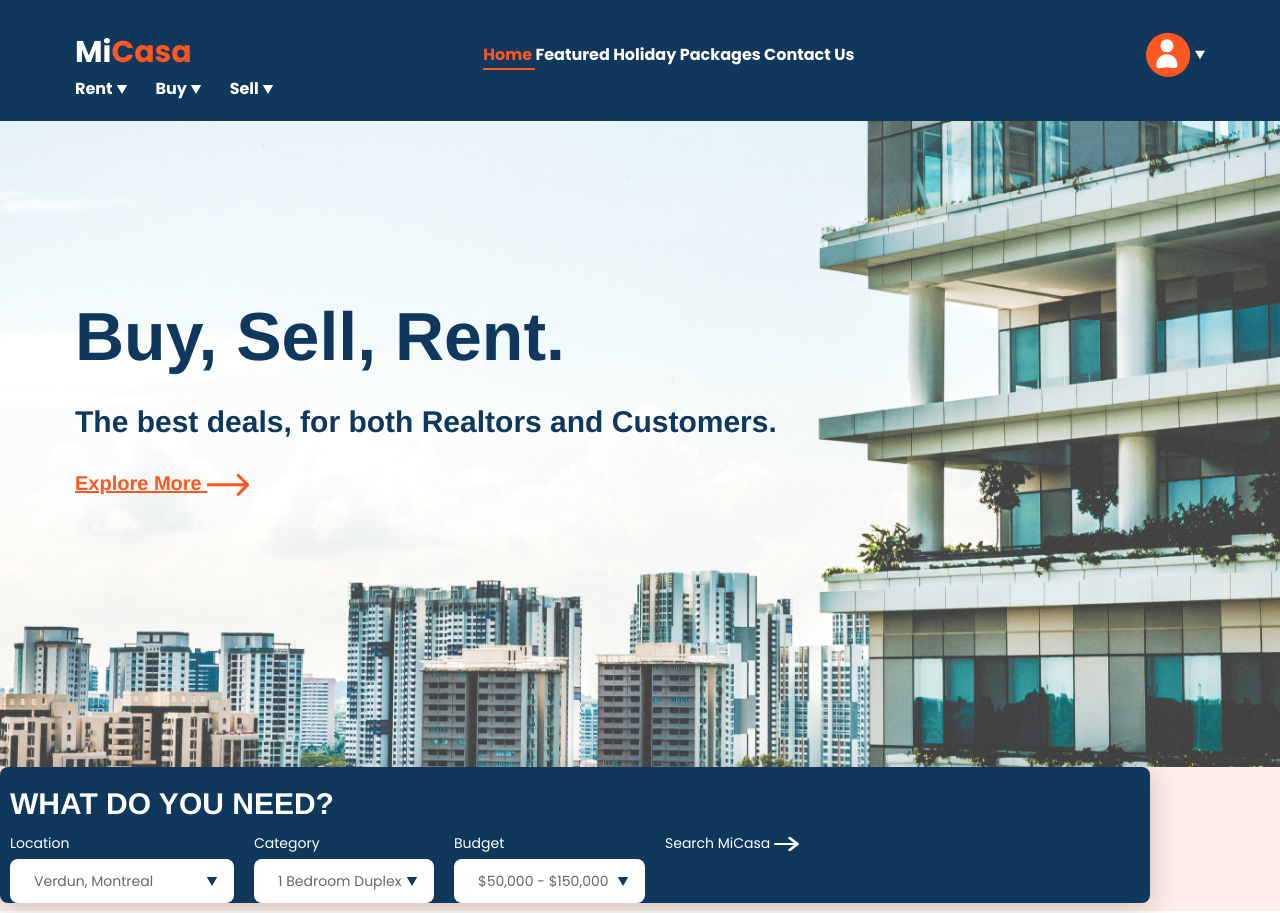
Repository: BenUnyolo/micasa-frontend
Page: index.html
The author's editor kept a copy of each file at every save. The page is drawn from the files as they stood at one save, then again after the next save.
The browser window is 1280 px wide. The pictures show the whole page.

Above is the page before, as saved 2021-10-17 12:12:14.

### index.html
<!DOCTYPE html>
<html lang="en">
  <head>
    <meta charset="UTF-8" />
    <meta http-equiv="X-UA-Compatible" content="IE=edge" />
    <meta name="viewport" content="width=device-width, initial-scale=1.0" />
    <title>Document</title>
    <link rel="stylesheet" href="tailwind.css" />
  </head>
  <body>
    <!-- HEADER -->
    <header class="pt-8 pb-5 text-white bg-primary-600">
      <div class="inner-container">
        <!-- top row -->
        <div class="flex flex-row justify-between">
          <a
            href="/"
            class="inline-block text-3xl font-bold leading-10 font-poppins"
          >
            Mi<span class="text-secondary-600">Casa</span>
          </a>
          <nav class="flex items-center inline-block">
            <ul class="font-bold li-inline space-x-14 font-poppins">
              <li
                class="
                  text-secondary-600
                  border-b-2
                  pb-0.5
                  border-secondary-600
                "
              >
                <a href="/">Home</a>
              </li>
              <li><a href="#">Featured</a></li>
              <li><a href="#">Holiday Packages</a></li>
              <li><a href="#">Contact Us</a></li>
            </ul>
          </nav>
          <div class="flex flex-row items-center">
            <img src="assets/images/user_avatar.svg" alt="user avatar" />
            <svg
              width="14"
              height="12"
              viewBox="0 0 14 12"
              fill="none"
              xmlns="http://www.w3.org/2000/svg"
              class="pl-1"
            >
              <title>profile dropdown</title>
              <path d="M7 12L0.0717964 0H13.9282L7 12Z" fill="white" />
            </svg>
          </div>
        </div>
        <!-- bottom row -->
        <div>
          <ul class="space-x-6 font-bold li-inline font-poppins">
            <li>
              Rent
              <svg
                width="12"
                height="9"
                viewBox="0 0 12 9"
                fill="none"
                xmlns="http://www.w3.org/2000/svg"
                class="inline-block"
              >
                <path d="M6 9L0.803848 0H11.1962L6 9Z" fill="white" />
              </svg>
            </li>
            <li>
              Buy
              <svg
                width="12"
                height="9"
                viewBox="0 0 12 9"
                fill="none"
                xmlns="http://www.w3.org/2000/svg"
                class="inline-block"
              >
                <path d="M6 9L0.803848 0H11.1962L6 9Z" fill="white" />
              </svg>
            </li>
            <li>
              Sell
              <svg
                width="12"
                height="9"
                viewBox="0 0 12 9"
                fill="none"
                xmlns="http://www.w3.org/2000/svg"
                class="inline-block"
              >
                <path d="M6 9L0.803848 0H11.1962L6 9Z" fill="white" />
              </svg>
            </li>
          </ul>
        </div>
      </div>
    </header>
    <!-- HERO -->
    <div class="hero">
      <div class="flex inner-container">
        <div class="w-6/12">
          <h1 class="text-primary-600">Buy, Sell, Rent.</h1>
          <h2 class="mt-7.5 text-primary-600">
            The best deals, for both Realtors and Customers.
          </h2>
          <a
            href="#"
            class="
              inline-block
              mt-7.5
              text-secondary-600
              font-helvetica font-bold
              text-xl
              underline
            "
            >Explore More
            <svg
              width="43"
              height="23"
              viewBox="0 0 43 23"
              fill="none"
              xmlns="http://www.w3.org/2000/svg"
              class="inline-block"
            >
              <path
                d="M41.6936 12.9142C42.2794 12.3284 42.2794 11.3786 41.6936 10.7929L32.1477 1.24691C31.5619 0.661127 30.6122 0.661127 30.0264 1.24691C29.4406 1.8327 29.4406 2.78245 30.0264 3.36823L38.5117 11.8535L30.0264 20.3388C29.4406 20.9246 29.4406 21.8743 30.0264 22.4601C30.6122 23.0459 31.5619 23.0459 32.1477 22.4601L41.6936 12.9142ZM0.0714722 13.3535H40.633V10.3535H0.0714722V13.3535Z"
                fill="#FF5722"
              />
            </svg>
          </a>
        </div>
      </div>
    </div>
    <!-- SEARCH & HOW IT WORKS -->
    <div class="relative">
      <!-- what do you need -->
      <div
        class="absolute w-full pt-5 text-sm text-white rounded-lg  font-poppins px-28 bg-primary-600 absolute-center inner-container -top-32"
        id="homepage-search"
      >
        <h2 class="uppercase">What do you need?</h2>
        <!-- search boxes -->
        <span class="inline-block w-full mt-3">
          <div class="flex flex-wrap -m-2.5">
            <!-- location -->
            <div class="w-1/3 p-2.5">
              <label for="location" class="block">Location</label>
              <select name="location" id="search-location">
                <option value="verdun-montreal">Verdun, Montreal</option>
                <option value="sthenri-montreal">Saint Henri, Montreal</option>
                <option value="littleburgundy-montreal">
                  Little Burgundy, Montreal
                </option>
              </select>
            </div>
            <!-- category -->
            <div class="w-1/3 p-2.5">
              <label for="category" class="block">Category</label>
              <select name="category" id="search-category">
                <option value="1br-duplex">1 Bedroom Duplex</option>
                <option value="2br-duplex">2 Bedroom Duplex</option>
                <option value="3br-duplex">3 Bedroom Duplex</option>
              </select>
            </div>
            <!-- category -->
            <div class="w-1/3 p-2.5">
              <label for="budget" class="block">Budget</label>
              <select name="budget" id="search-budget">
                <option value="50k-150k">$50,000 - $150,000</option>
                <option value="150k-250k">$150,001 - $250,000</option>
                <option value="250k-350k">$250,001 - $350,000</option>
              </select>
            </div>
            <!-- search button -->
            <div class="w-1/3 p-2.5">
              <button class="font-montserrat py-3.5 text-center w-full">
                Search MiCasa
                <svg
                  width="25"
                  height="15"
                  viewBox="0 0 25 15"
                  fill="none"
                  xmlns="http://www.w3.org/2000/svg"
                  class="inline-block"
                >
                  <path
                    d="M1.5625 8H20.0938L14.4219 12.36C14.2906 12.4611 14.1916 12.5778 14.1308 12.7034C14.0699 12.829 14.0483 12.961 14.0672 13.0919C14.1052 13.3564 14.3059 13.6003 14.625 13.77C14.9441 13.9397 15.3555 14.0214 15.7686 13.997C16.1818 13.9726 16.5629 13.8442 16.8281 13.64L24.6406 7.64C24.6932 7.59228 24.7402 7.54214 24.7812 7.49C24.7813 7.44 24.8594 7.41 24.8906 7.36C24.9614 7.24534 24.9985 7.12329 25 7C24.9985 6.87671 24.9614 6.75466 24.8906 6.64C24.8906 6.59 24.8125 6.56 24.7812 6.51C24.7402 6.45786 24.6932 6.40773 24.6406 6.36L16.8281 0.360002C16.6812 0.247119 16.4972 0.156339 16.2893 0.0941181C16.0814 0.0318971 15.8545 -0.000236672 15.625 1.91036e-06C15.2599 -0.000454603 14.9061 0.0809208 14.625 0.230002C14.4668 0.313951 14.336 0.417051 14.2401 0.533399C14.1443 0.649746 14.0852 0.777054 14.0663 0.908031C14.0475 1.03901 14.0692 1.17108 14.1302 1.29668C14.1912 1.42229 14.2903 1.53895 14.4219 1.64L20.0938 6H1.5625C1.1481 6 0.750672 6.10536 0.457646 6.2929C0.16462 6.48043 0 6.73479 0 7C0 7.26522 0.16462 7.51957 0.457646 7.70711C0.750672 7.89464 1.1481 8 1.5625 8Z"
                    fill="white"
                  />
                </svg>
              </button>
            </div>
          </div>
        </span>
      </div>
      <!-- how it works -->
      <div class="bg-secondary-600 bg-opacity-10 pt-28">
        <div class="inner-container">
          something
          <br />
          <br />
          <br />
          <br />
          <br />
          <br />
        </div>
      </div>
    </div>
  </body>
</html>

Loaded but not shown: tailwind.css (library)

After the next save:
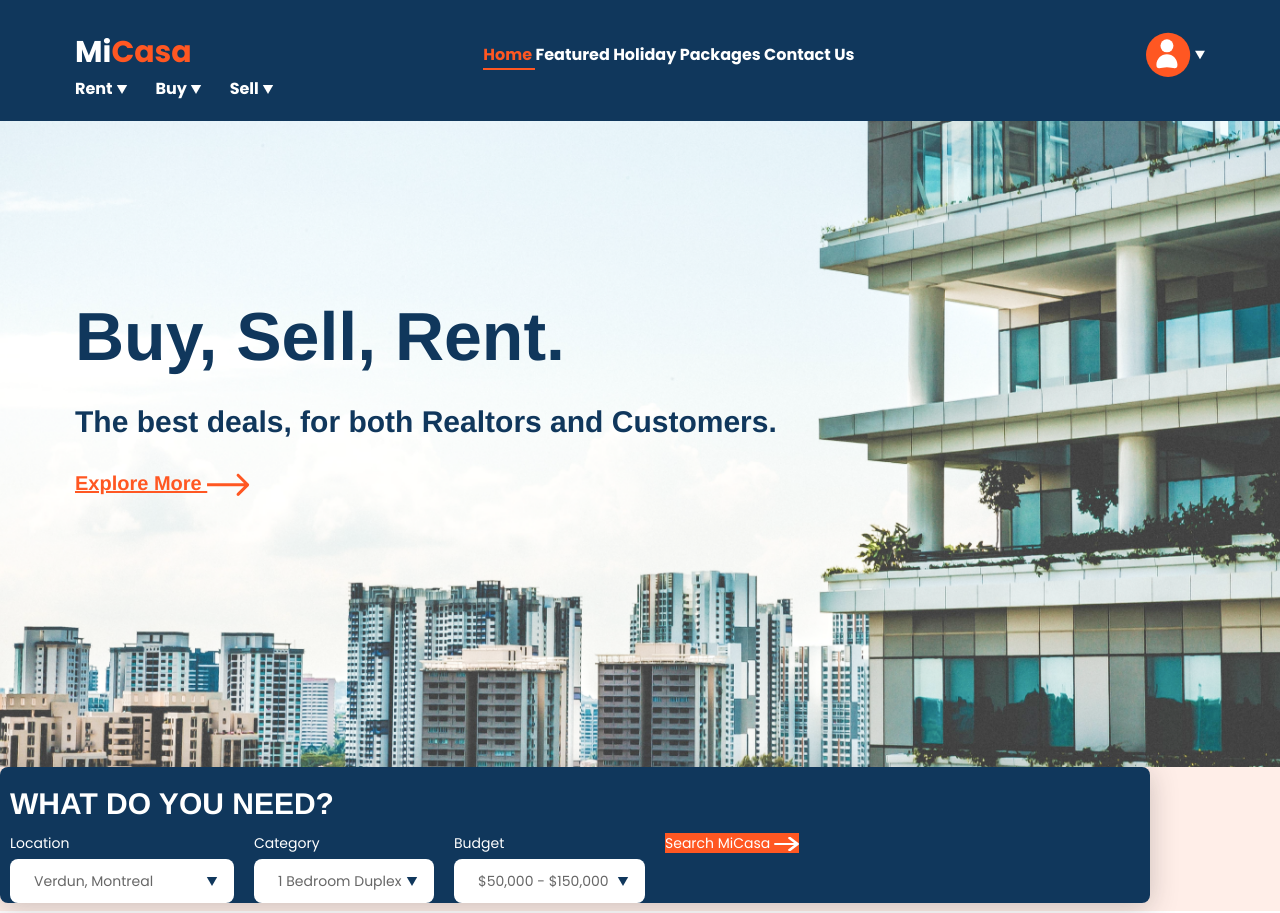
Saved 15 s later.
--- a/index.html
+++ b/index.html
@@ -175,7 +175,15 @@
             </div>
             <!-- search button -->
             <div class="w-1/3 p-2.5">
-              <button class="font-montserrat py-3.5 text-center w-full">
+              <button
+                class="
+                  font-montserrat
+                  py-3.5
+                  text-center
+                  w-full
+                  bg-secondary-600
+                "
+              >
                 Search MiCasa
                 <svg
                   width="25"
